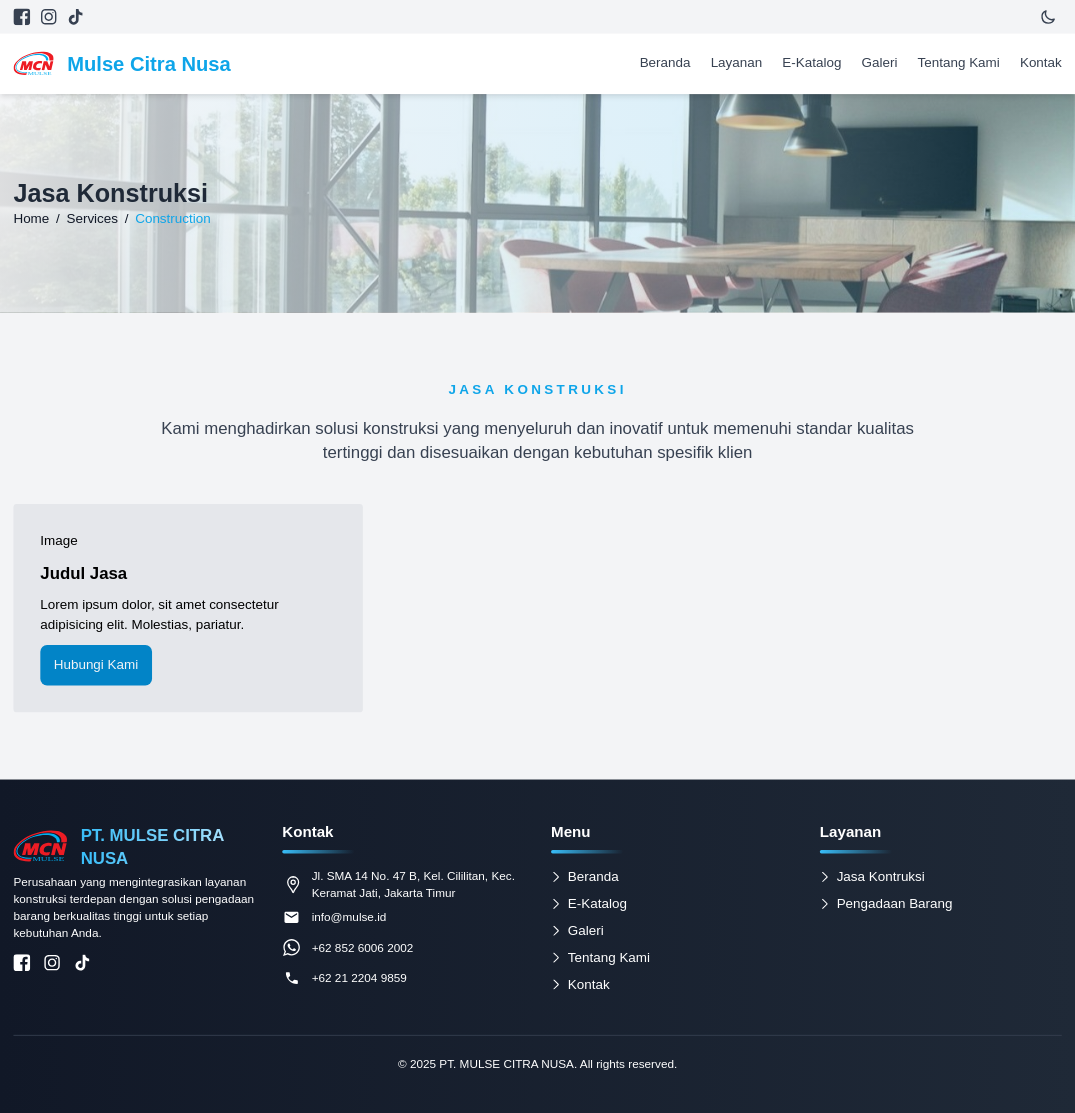
Repository: PrasBaldin/next-mulse
Page: /services/construction
The author's editor kept a copy of each file at every save. The page is drawn from the files as they stood at one save, then again after the next save.
The browser window is 1280 px wide. The pictures show the whole page, at 84% of full size.
The project was rebuilt for these pictures with package versions that can differ from the ones it lists, and the page was loaded fresh each time. The framework's server and built-in components were replaced by stand-ins that run in the browser. Also part of the build but not shown: next.config.ts.

Above is the page before, as saved 2025-02-26 13:36:20.

After the next save:
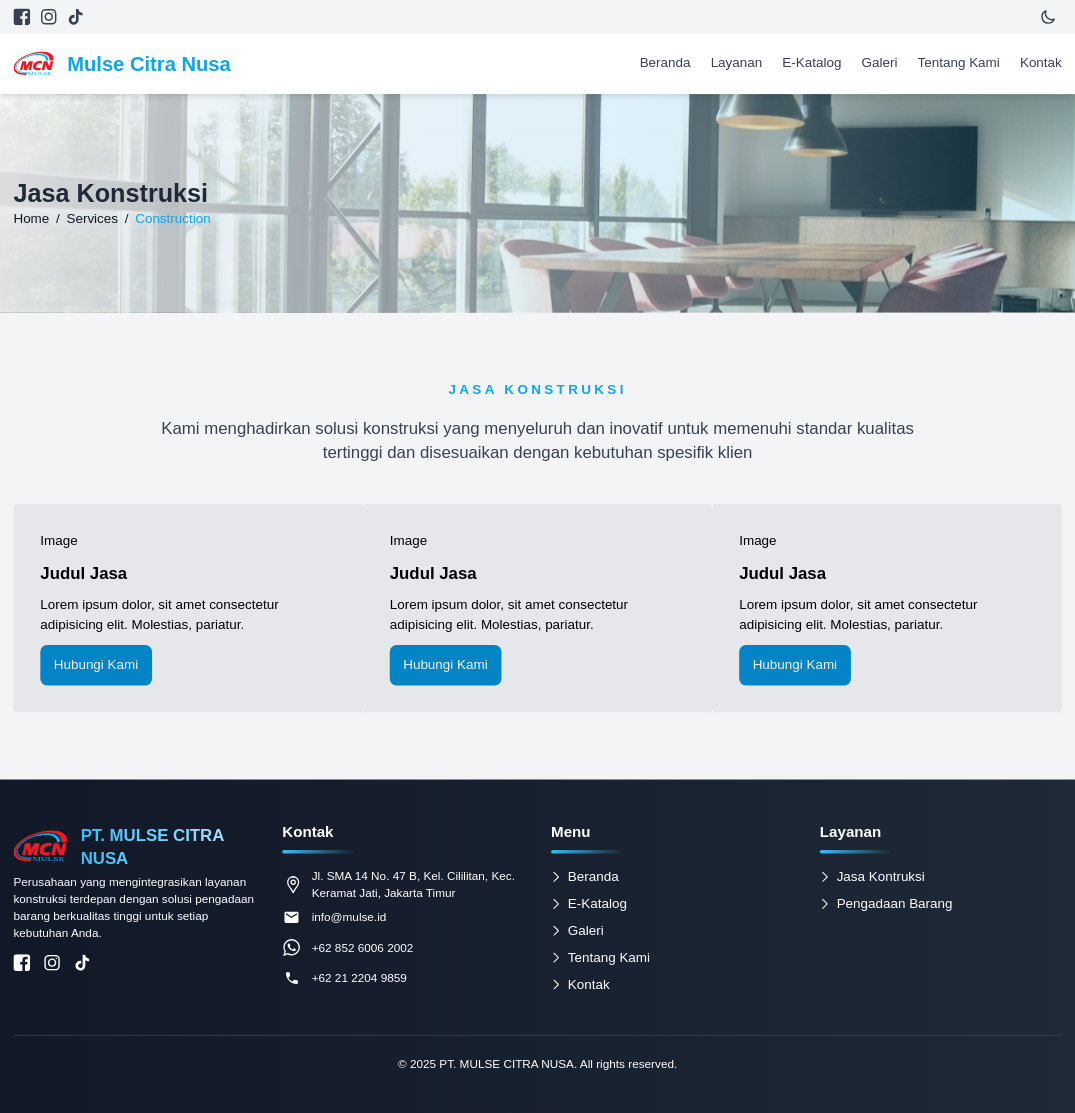
Saved 21 s later.
--- a/app/services/construction/page.tsx
+++ b/app/services/construction/page.tsx
@@ -72,6 +72,36 @@
               </div>
               <button className="btn btn-primary">Hubungi Kami</button>
             </div>
+            <div className="card bg-gray-200 rounded p-8">
+              <div className="card-img pb-3">
+                <span>Image</span>
+              </div>
+              <div className="card-title text-xl font-semibold pb-3">
+                <h4>Judul Jasa</h4>
+              </div>
+              <div className="card-desc pb-3">
+                <p>
+                  Lorem ipsum dolor, sit amet consectetur adipisicing elit.
+                  Molestias, pariatur.
+                </p>
+              </div>
+              <button className="btn btn-primary">Hubungi Kami</button>
+            </div>
+            <div className="card bg-gray-200 rounded p-8">
+              <div className="card-img pb-3">
+                <span>Image</span>
+              </div>
+              <div className="card-title text-xl font-semibold pb-3">
+                <h4>Judul Jasa</h4>
+              </div>
+              <div className="card-desc pb-3">
+                <p>
+                  Lorem ipsum dolor, sit amet consectetur adipisicing elit.
+                  Molestias, pariatur.
+                </p>
+              </div>
+              <button className="btn btn-primary">Hubungi Kami</button>
+            </div>
           </div>
         </div>
       </section>
